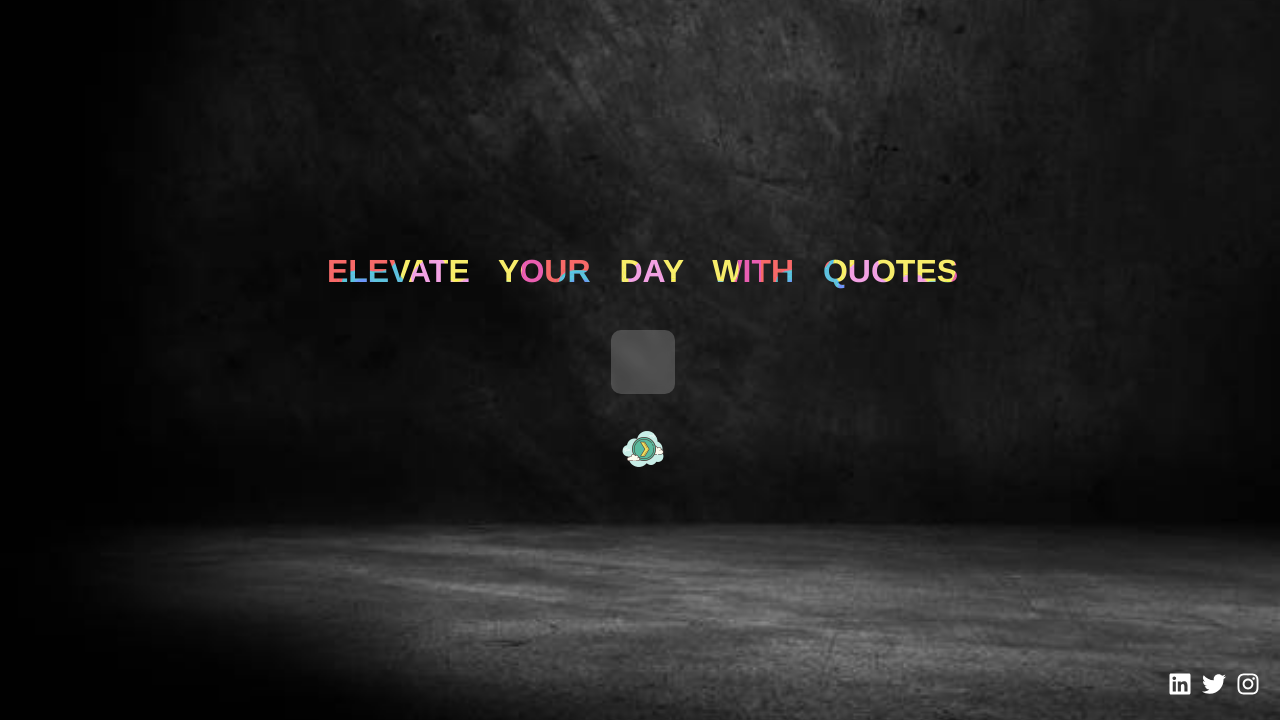
Repository: Bhavik-Sanghar/Quote-app
Page: /
An editor plug-in stored every save of this project. The page is shown before and after the next save, followed by the edit.
The browser window is 1280 px wide. The pictures show the whole page.
The page's requests for data from a server got no answer. The project was rebuilt for these pictures with package versions that can differ from the ones it lists, and the page was loaded fresh each time. No one was signed in, and anything a server would have sent is missing. Also part of the build but not shown: src/styles.css.

Above is the page before, as saved 2023-08-18 17:46:05.

After the next save:
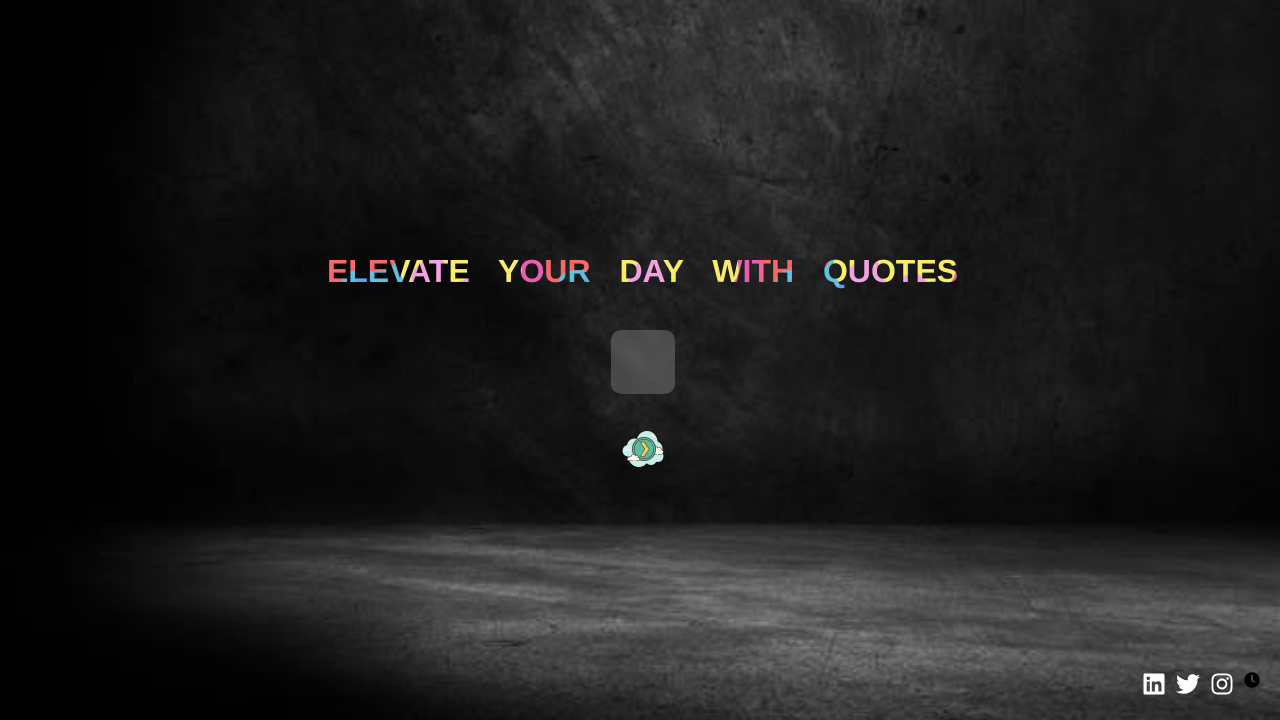
Saved 60 s later.
--- a/src/components/SocialMediaIcons.js
+++ b/src/components/SocialMediaIcons.js
@@ -1,5 +1,5 @@
 import React from "react";
-import { FaLinkedin, FaTwitter, FaInstagram } from "react-icons/fa"; // Import React icons from the library
+import { FaLinkedin, FaTwitter, FaInstagram, FaClock } from "react-icons/fa"; // Import React icons from the library
 import './SocialMediaIcons.css'; // Add styles for the icons
 
 const SocialMediaIcons = () => {
@@ -14,7 +14,9 @@
       <a href="https://www.instagram.com/sanghar_bhavik/" target="_blank" rel="noopener noreferrer">
         <FaInstagram className="social-icon" />
       </a>
+      <FaClock/>
     </div>
+
   );
 };
 

After the save that followed:
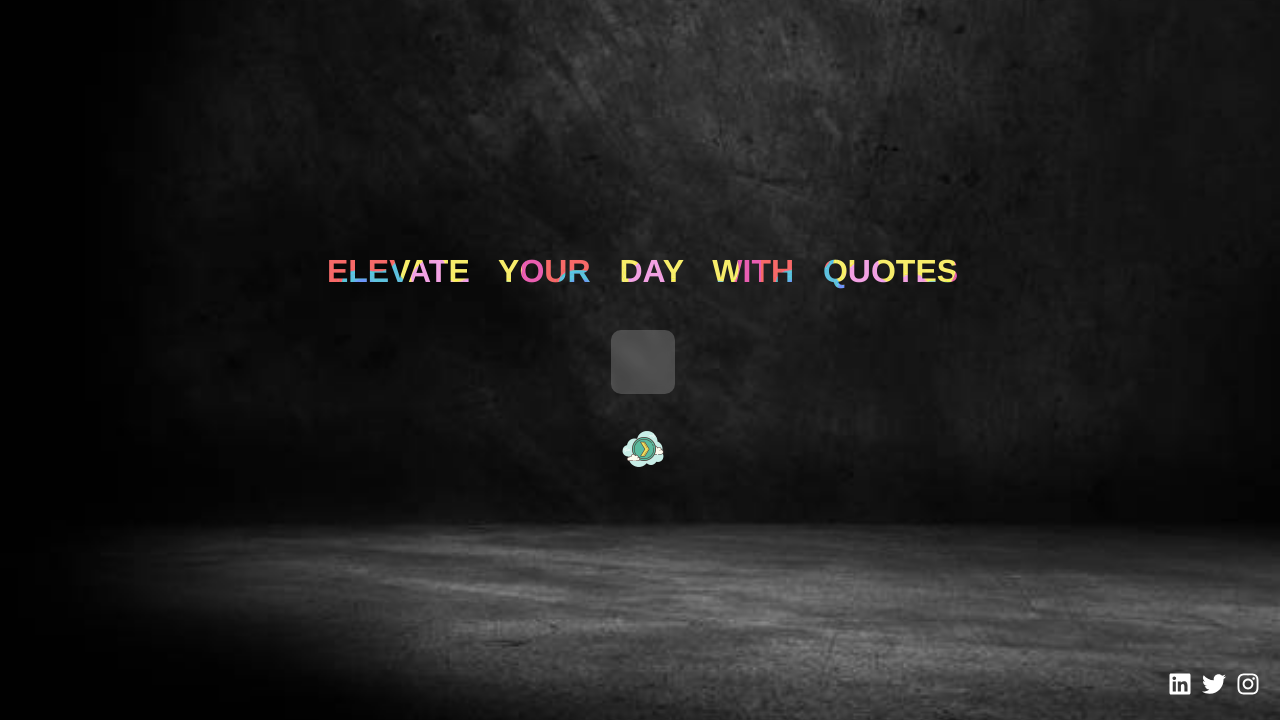
Saved 10 s later.
--- a/src/components/SocialMediaIcons.js
+++ b/src/components/SocialMediaIcons.js
@@ -1,5 +1,5 @@
 import React from "react";
-import { FaLinkedin, FaTwitter, FaInstagram, FaClock } from "react-icons/fa"; // Import React icons from the library
+import { FaLinkedin, FaTwitter, FaInstagram} from "react-icons/fa"; // Import React icons from the library
 import './SocialMediaIcons.css'; // Add styles for the icons
 
 const SocialMediaIcons = () => {
@@ -14,7 +14,6 @@
       <a href="https://www.instagram.com/sanghar_bhavik/" target="_blank" rel="noopener noreferrer">
         <FaInstagram className="social-icon" />
       </a>
-      <FaClock/>
     </div>
 
   );
